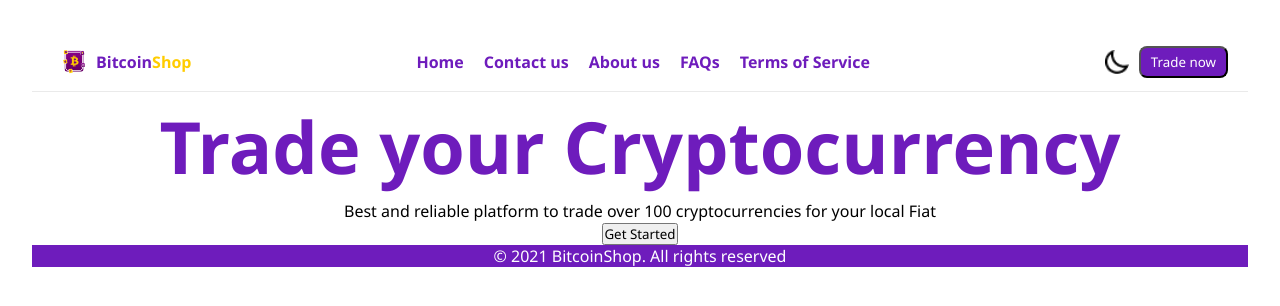
Repository: akinmiday/bitcoinshop-website
Page: /
The author's editor kept a copy of each file at every save. The page is drawn from the files as they stood at one save, then again after the next save.
The browser window is 1280 px wide. The pictures show the whole page.
The project was rebuilt for these pictures with package versions that can differ from the ones it lists, and the page was loaded fresh each time. Also part of the build but not shown: vite.config.js.

Above is the page before, as saved 2023-07-10 15:43:04.

After the next save:
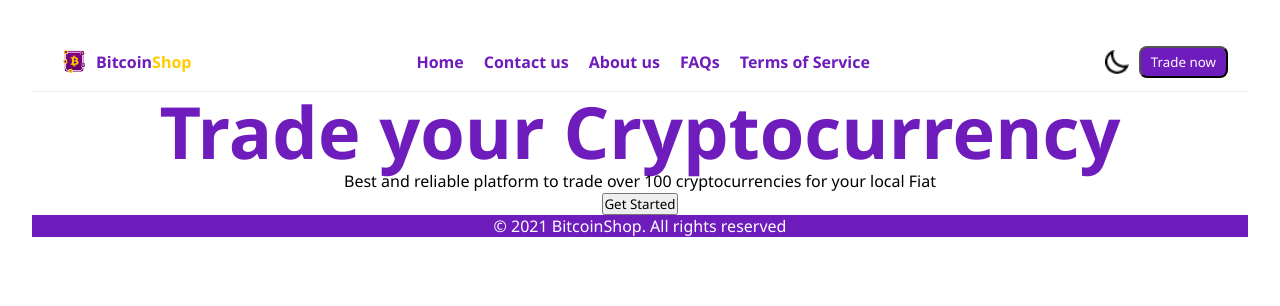
Saved 5 s later.
--- a/src/index.css
+++ b/src/index.css
@@ -64,5 +64,5 @@
     font-size: 72px;
     font-style: normal;
     font-weight: 700;
-    line-height: 108px
+    line-height: 78px
 }
